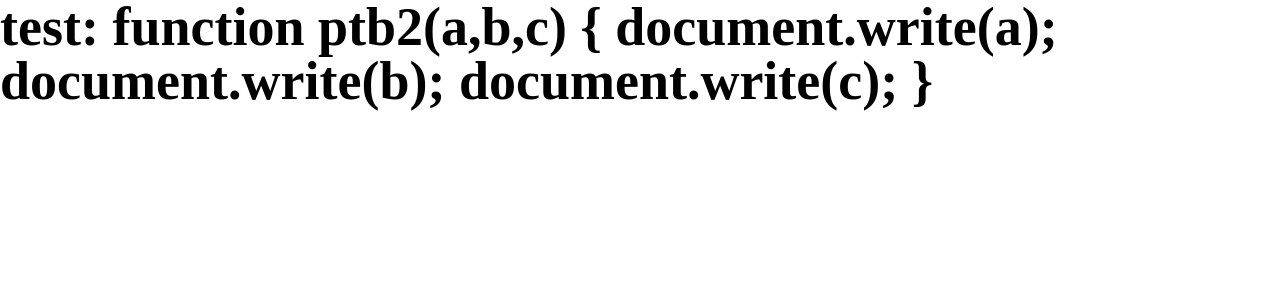
Repository: letrongtinh27/LapTrinhWeb
Page: PhuongTrinhBac2/index.html
These files come from the project's save history. The page is drawn as it stood at one moment and after the next save; the edit follows.
The browser window is 1280 px wide. The pictures show the whole page.

Above is the page before, as saved 2022-10-13 17:21:24.

### PhuongTrinhBac2/index.html
<!DOCTYPE html>
<html lang="en">
<head>
    <meta charset="UTF-8">
    <meta http-equiv="X-UA-Compatible" content="IE=edge">
    <meta name="viewport" content="width=device-width, initial-scale=1.0">
    <title>Document</title>
    <link rel="stylesheet" href="./reset.css">
</head>
<body>
    <span>test: </span>
    <script src="./main.js"></script>
</body>
</html>

### PhuongTrinhBac2/reset.css
html, body, div, span, applet, object, iframe,
h1, h2, h3, h4, h5, h6, p, blockquote, pre,
a, abbr, acronym, address, big, cite, code,
del, dfn, em, img, ins, kbd, q, s, samp,
small, strike, strong, sub, sup, tt, var,
b, u, i, center,
dl, dt, dd, ol, ul, li,
fieldset, form, label, legend,
table, caption, tbody, tfoot, thead, tr, th, td,
article, aside, canvas, details, embed,
figure, figcaption, footer, header, hgroup,
menu, nav, output, ruby, section, summary,
time, mark, audio, video {
    margin: 0;
    padding: 0;
    border: 0;
    font-size: 100%;
    font: inherit;
    vertical-align: baseline;
}
/* HTML5 display-role reset for older browsers */
article, aside, details, figcaption, figure,
footer, header, hgroup, menu, nav, section {
    display: block;
}
body {
    line-height: 1;
}
ol, ul {
    list-style: none;
}
blockquote, q {
    quotes: none;
}
blockquote:before, blockquote:after,
q:before, q:after {
    content: '';
    content: none;
}
table {
    border-collapse: collapse;
    border-spacing: 0;
}

body{
    font-size: 54px;
    font-weight: bold;
}

### PhuongTrinhBac2/main.js
function ptb2(a,b,c) {
    document.write(a);
    document.write(b);
    document.write(c);
}

var resutl = ptb2;
document.write(resutl);

After the next save:
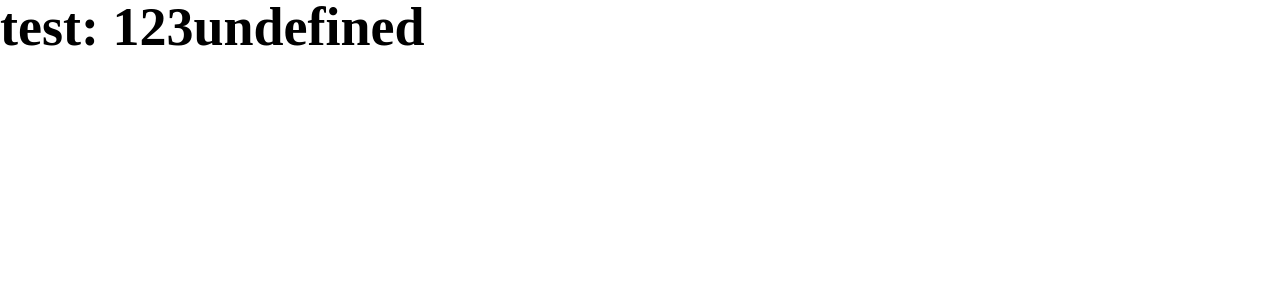
Saved 12 s later.
--- a/PhuongTrinhBac2/main.js
+++ b/PhuongTrinhBac2/main.js
@@ -4,5 +4,5 @@ function ptb2(a,b,c) {
     document.write(c);
 }
 
-var resutl = ptb2;
+var resutl = ptb2(1,2,3);
 document.write(resutl);
